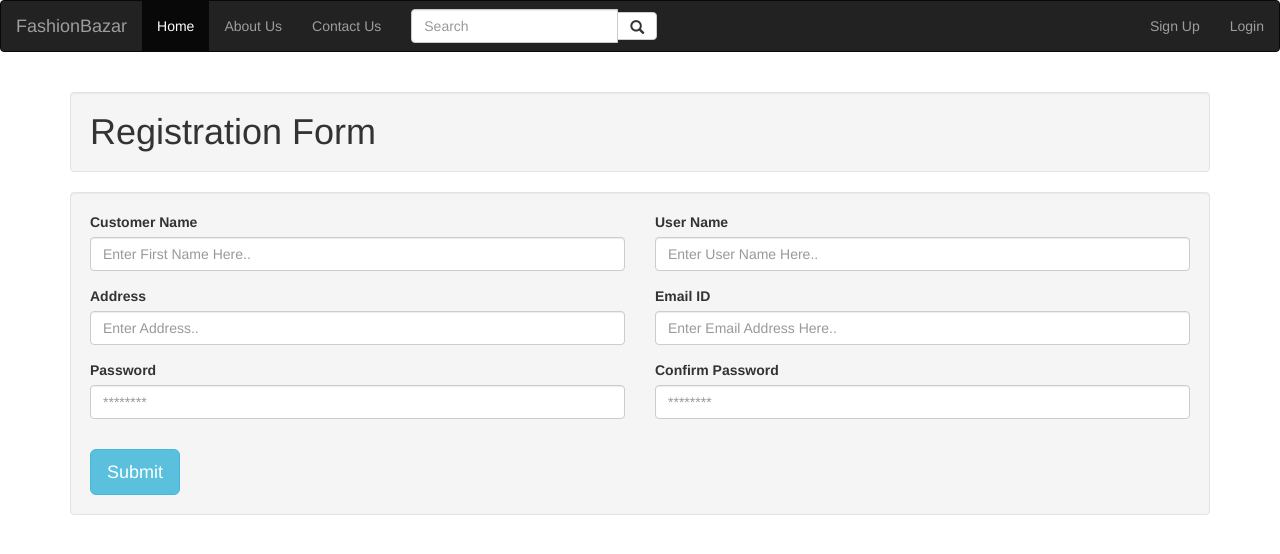
Repository: SmithaMendonca/Project-1
Page: http://localhost/FashionBazarFrontend/WEB-INF/views/Register.jsp
These files come from the project's save history. The page is drawn as it stood at one moment and after the next save; the edit follows.
The browser window is 1280 px wide. The pictures show the whole page.
The page is served by Tomcat 9. Nobody is signed in. Other server files are loaded and not shown. The template is opened directly, without the code that normally fills it, so the values that code supplies are empty.

Above is the page before, as saved 2019-06-05 16:35:50.

### FashionBazarFrontend/src/main/webapp/WEB-INF/views/Register.jsp
<%@include file="Header.jsp"%>
<div class="container">
    <h1 class="well">Registration Form</h1>
	<div class="col-lg-12 well">
	<div class="row">
				<form method="post" action="<c:url value="/registration"/>">
					<div class="col-sm-12">
						<div class="row">
							<div class="col-sm-6 form-group">
								<label>Customer Name</label>
								<input type="text" name="customerName" placeholder="Enter First Name Here.." class="form-control">
							</div>
							 <div class="col-sm-6 form-group">
								<label>User Name</label>
								<input type="text" name="userName" placeholder="Enter User Name Here.." class="form-control">
					    	</div>
						</div>

					   <div class="row">
						<div class="col-sm-6 form-group">
							<label>Address</label>
							<input type="text"  class="form-control" name="address" placeholder="Enter Address..">
						</div>
					    <div class="col-sm-6 form-group">
						<label>Email ID</label>
						<input type="text" name="email" placeholder="Enter Email Address Here.." class="form-control">
					   </div>
					   </div>

					 <div class="row">
					  <div class="col-sm-6 form-group">
						<label>Password</label>
						<input type="password"  class="form-control" name="password" placeholder="********" id="pass">
					  </div>
					<div class="col-sm-6 form-group">
						<label>Confirm Password</label>
						<input type="password"  class="form-control" name="confirm-password" placeholder="********" id="confirmpass">
					</div>
					 </div>

					<div class="form-group">
                        <input name="role" type="hidden" value="ROLE_USER"/>
                     </div>

                     <div class="form-group">
                          <input name="enabled" type="hidden" value="true"/>
                       </div>
					<button type="submit" class="btn btn-lg btn-info" onclick="return Validate()">Submit</button>
					</div>
				</form>
				</div>
	</div>
	</div>
	 <!-- Validating Password -->
<script type="text/javascript">

function Validate()
{

    var password = document.getElementById("pass").value;

    var confirmpass = document.getElementById("confirmpass").value;

    if (password != confirmpass)
     {

        alert("Password does Not Match.");
         return false;

     }
      return true;
}
</script>

</body>
</html>

### FashionBazarFrontend/src/main/webapp/WEB-INF/views/Header.jsp
<%@ page language="java" contentType="text/html"%>
<%@ taglib uri="http://java.sun.com/jsp/jstl/core" prefix="c"%>
<%@taglib prefix="form" uri="http://www.springframework.org/tags/form"%>
<html>
<head>
<title>Welcome to Fashion Bazar</title>
 <meta charset="utf-8">
 <meta name="viewport" content="width=device-width, initial-scale=1">
 <link rel="stylesheet" href="https://maxcdn.bootstrapcdn.com/bootstrap/3.4.0/css/bootstrap.min.css">
  <script src="https://ajax.googleapis.com/ajax/libs/jquery/3.4.0/jquery.min.js"></script>
  <script src="https://maxcdn.bootstrapcdn.com/bootstrap/3.4.0/js/bootstrap.min.js"></script>
</head>
<body>
	  <nav class="navbar navbar-inverse">
      <div class="container-fluid">
        <div class="navbar-header">
	         <a class="navbar-brand" href="#">FashionBazar</a>
        </div>
        <ul class="nav navbar-nav">
         <c:if test="${!sessionScope.loggedIn }">
	      <li class="active"><a href="index.jsp">Home</a></li>
          <li><a href="<c:url value="/aboutus"/>">About Us</a></li>
          <li><a href="<c:url value="/contactus"/>">Contact Us</a></li>
          <form class="navbar-form navbar-left">
  				<div class="input-group">
    			  <input type="text" class="form-control" placeholder="Search">
   				 	<div class="input-group-btn">
      				<button class="btn btn-default" type="submit">
        				<i class="glyphicon glyphicon-search"></i>
      				</button>
    				</div>
  				</div>
			</form>
         </c:if>

         <c:if test="${sessionScope.loggedIn }">
               <c:if test="${sessionScope.role=='ROLE_ADMIN' }">
	      <li><a href="<c:url value="/category"/>">Category Management</a></li>
          <li><a href="<c:url value="/product"/>">Product Management</a></li>
               </c:if>
         </c:if>

          <c:if test="${sessionScope.loggedIn }">
              <c:if test="${sessionScope.role=='ROLE_USER' }">
           <li><a href="<c:url value="/productPage"/>">Products</a></li>
          <li><a href="<c:url value="/showCart"/>">Cart</a></li>
              </c:if>
          </c:if>
       </ul>

       <ul class="nav navbar-nav navbar-right">
         <c:if test="${!sessionScope.loggedIn }">
	     	<li><a href="<c:url value="/register"/>"><span-class="glyphicon glyphicon-user"></span> Sign Up</a></li>
        	 <li><a href="<c:url value="/login"/>"><span-class="glyphicon glyphicon-log-in"></span> Login</a></li>
         </c:if>

         <c:if test="${sessionScope.loggedIn }">
            <li><a href="#"><span-class="glyphicon glyphicon-user"></span> ${sessionScope.username}</a></li>
            <li><a href="<c:url value="/perform_logout"/>"><span-class="glyphicon glyphicon-log-in"></span> Logout</a></li>
         </c:if>
       </ul>
     </div>
    </nav>
</body>
</html>

After the next save:
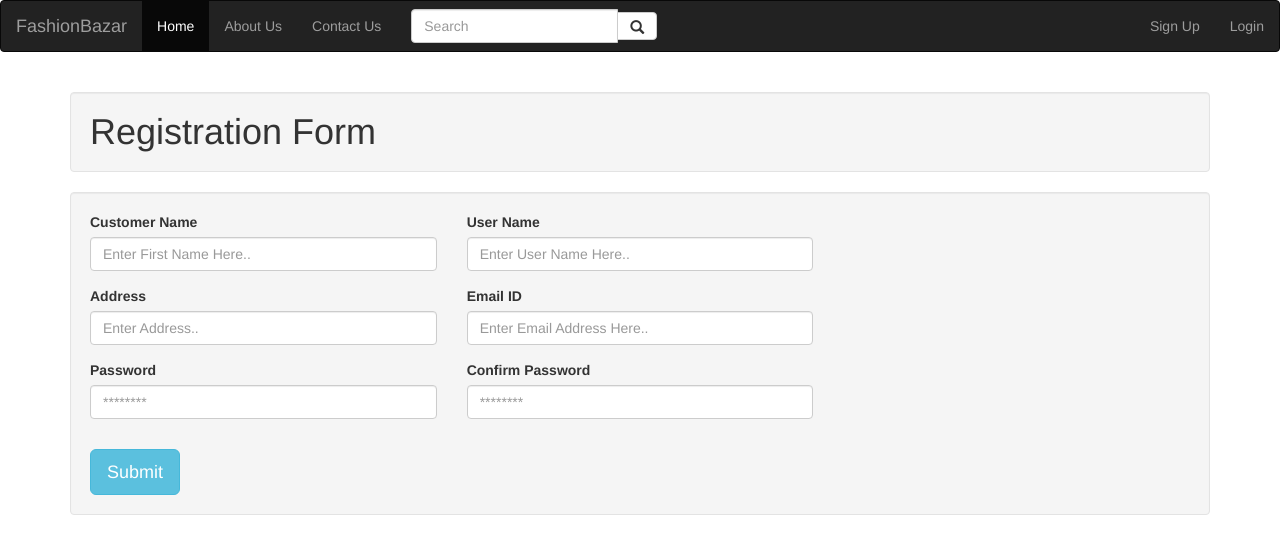
Saved 4 min 14 s later.
--- a/FashionBazarFrontend/src/main/webapp/WEB-INF/views/Register.jsp
+++ b/FashionBazarFrontend/src/main/webapp/WEB-INF/views/Register.jsp
@@ -6,33 +6,33 @@
 				<form method="post" action="<c:url value="/registration"/>">
 					<div class="col-sm-12">
 						<div class="row">
-							<div class="col-sm-6 form-group">
+							<div class="col-sm-4 form-group">
 								<label>Customer Name</label>
 								<input type="text" name="customerName" placeholder="Enter First Name Here.." class="form-control">
 							</div>
-							 <div class="col-sm-6 form-group">
+							 <div class="col-sm-4 form-group">
 								<label>User Name</label>
 								<input type="text" name="userName" placeholder="Enter User Name Here.." class="form-control">
 					    	</div>
 						</div>
 
 					   <div class="row">
-						<div class="col-sm-6 form-group">
+						<div class="col-sm-4 form-group">
 							<label>Address</label>
 							<input type="text"  class="form-control" name="address" placeholder="Enter Address..">
 						</div>
-					    <div class="col-sm-6 form-group">
+					    <div class="col-sm-4 form-group">
 						<label>Email ID</label>
 						<input type="text" name="email" placeholder="Enter Email Address Here.." class="form-control">
 					   </div>
 					   </div>
 
 					 <div class="row">
-					  <div class="col-sm-6 form-group">
+					  <div class="col-sm-4 form-group">
 						<label>Password</label>
 						<input type="password"  class="form-control" name="password" placeholder="********" id="pass">
 					  </div>
-					<div class="col-sm-6 form-group">
+					<div class="col-sm-4 form-group">
 						<label>Confirm Password</label>
 						<input type="password"  class="form-control" name="confirm-password" placeholder="********" id="confirmpass">
 					</div>
